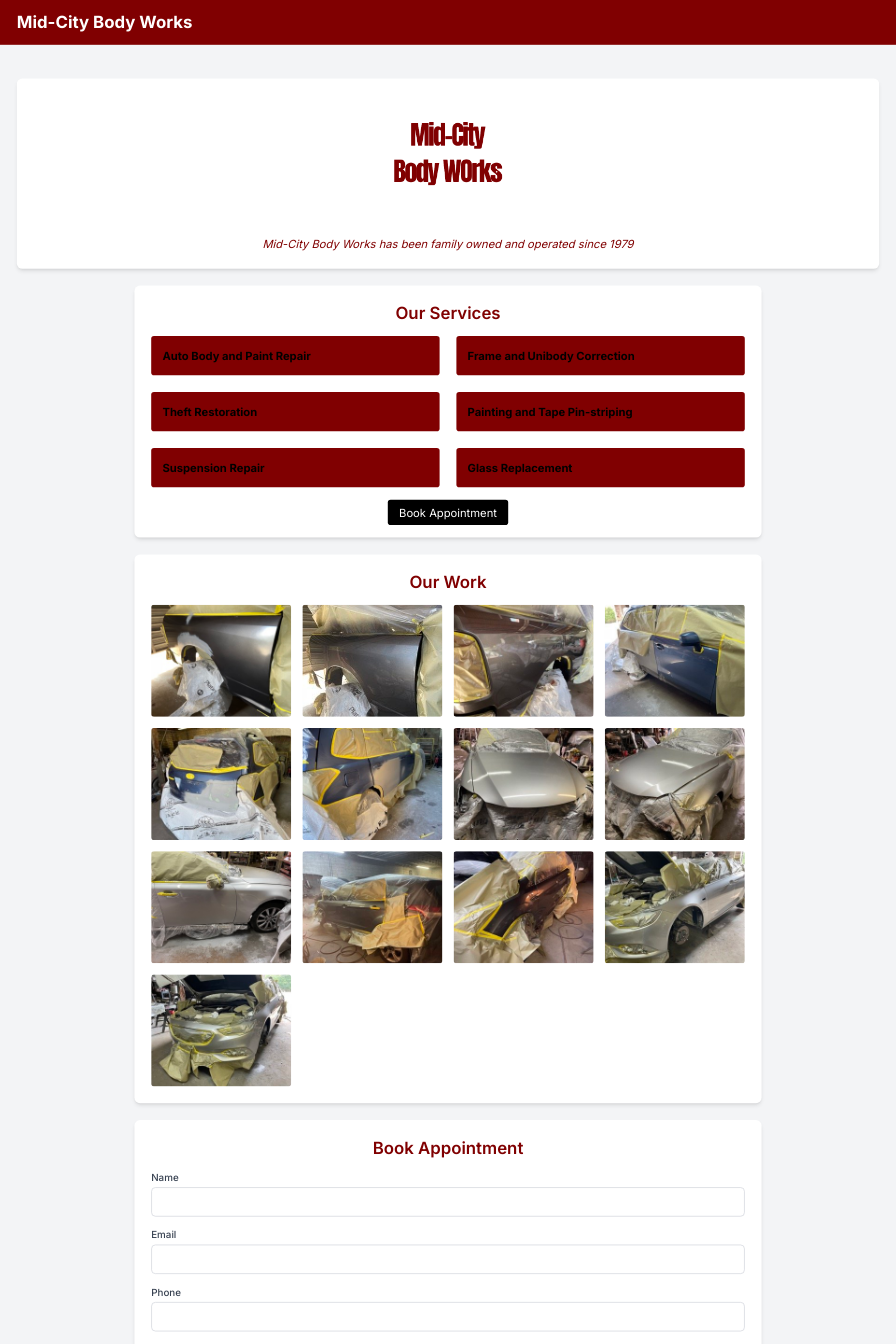
Repository: kayacancode/midcitybodyworks
Page: /
An editor plug-in stored every save of this project. The page is shown before and after the next save, followed by the edit.
The browser window is 1280 px wide. The pictures show the part of the page from y = 0 to 1920 px (the page is 2668 px tall before and 2768 px after), at 70% of full size.
The project was rebuilt for these pictures with package versions that can differ from the ones it lists, and the page was loaded fresh each time. The framework's server and built-in components were replaced by stand-ins that run in the browser. Also part of the build but not shown: next.config.mjs.

Above is the page before, as saved 2024-06-30 13:26:26.

After the next save:
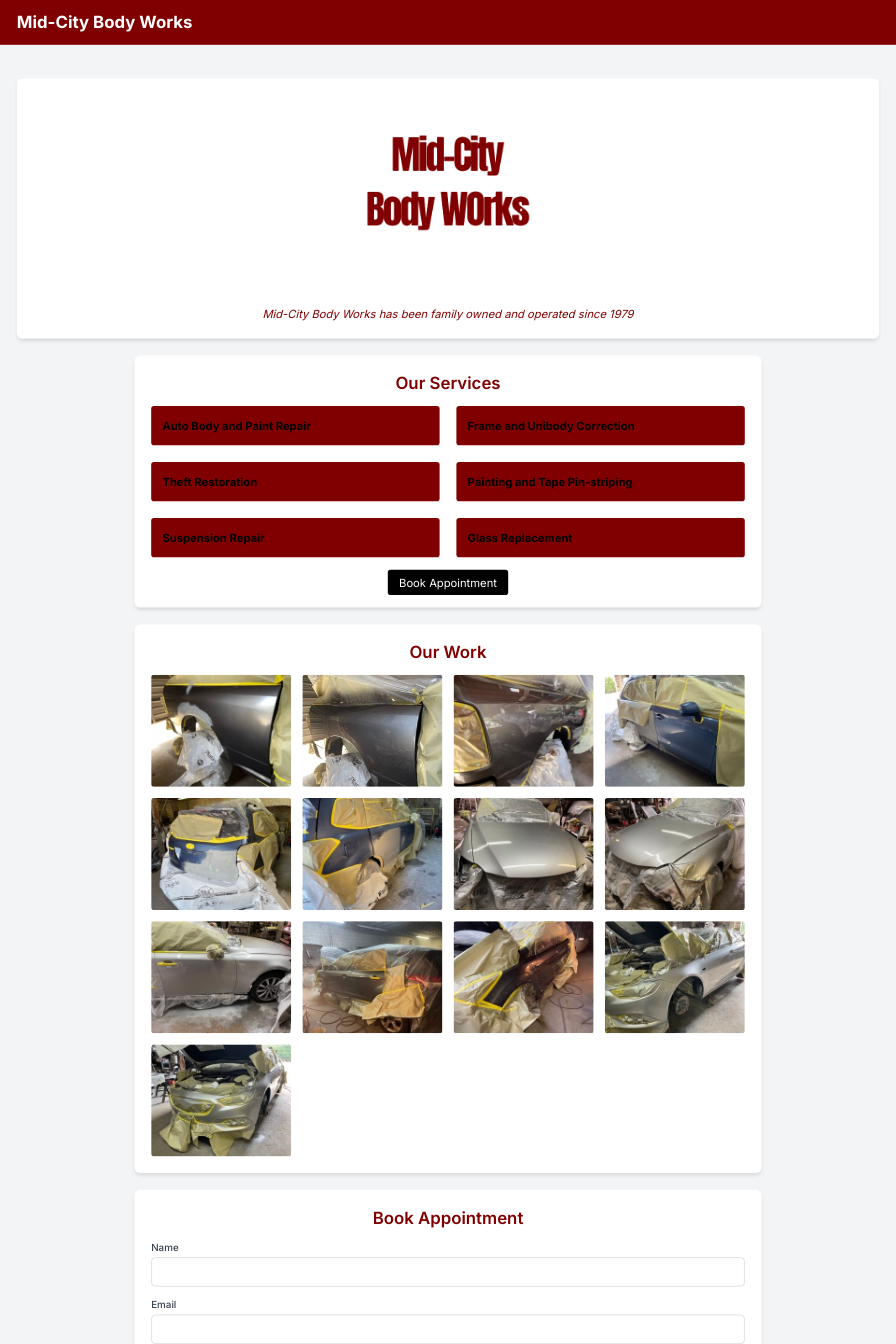
Saved 6 s later.
--- a/src/app/page.js
+++ b/src/app/page.js
@@ -67,7 +67,7 @@ export default function Home() {
       <main className="flex flex-col items-center p-6">
       <section id="home" className="w-full bg-white p-6 rounded-lg shadow-md mt-6 text-center text-[#800001]">
   <div className="flex justify-center">
-    <Image src="/logo1.png" alt="Placeholder Image 1" width={200} height={200} className="rounded" />
+    <Image src="/logo1.png" alt="Placeholder Image 1" width={300} height={300} className="rounded" />
   </div>
   <p className="italic">Mid-City Body Works has been family owned and operated since 1979</p>
 </section>
